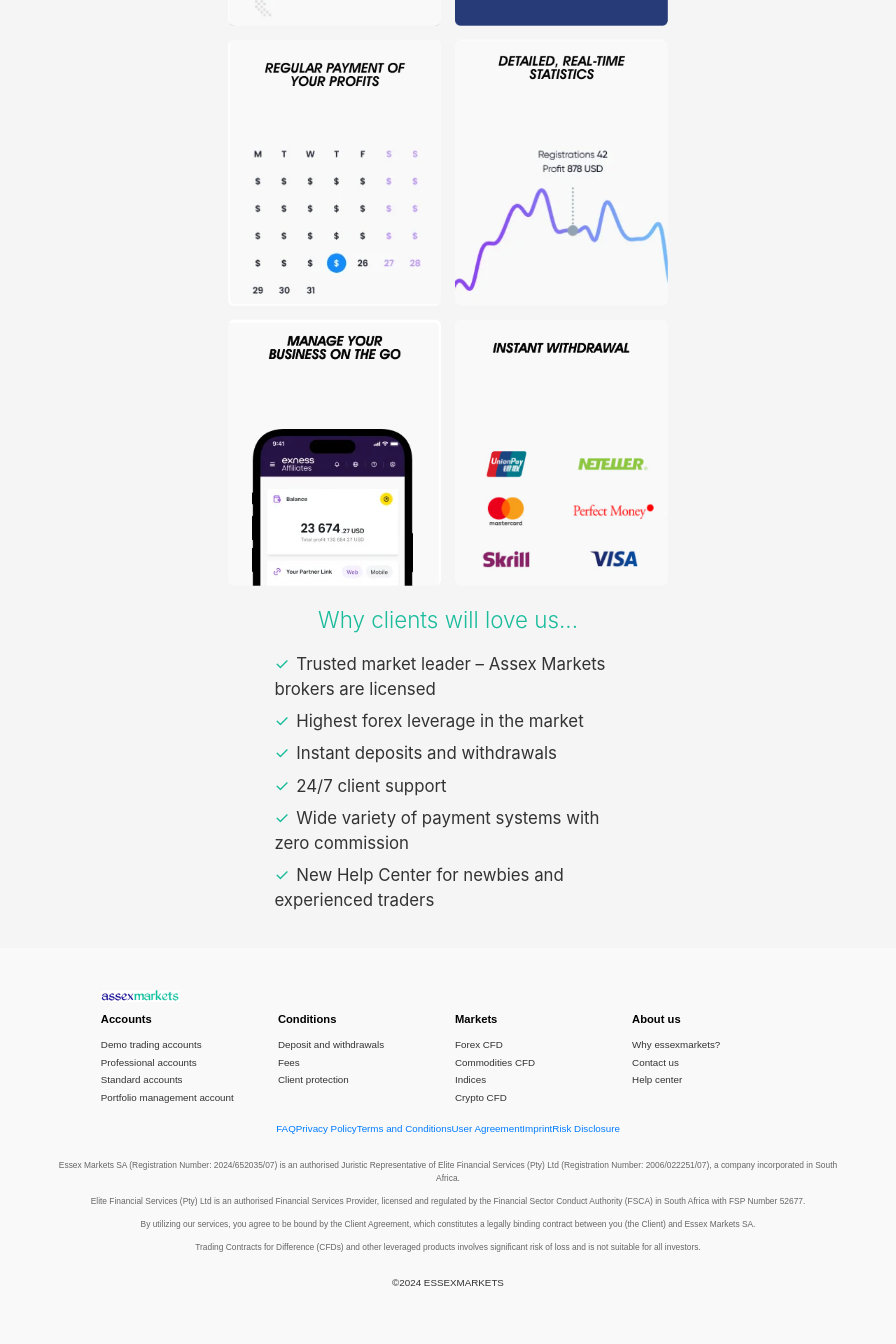
Repository: RevenewMarketing/Assex
Page: /partner
These files come from the project's save history. The page is drawn as it stood at one moment and after the next save; the edit follows.
The browser window is 1280 px wide. The pictures show the part of the page from y = 2394 to 4314 px (the page is 4314 px tall before and 4269 px after), at 70% of full size.
The project was rebuilt for these pictures with package versions that can differ from the ones it lists, and the page was loaded fresh each time. Also part of the build but not shown: vite.config.ts, src/pages/home/sections/HeroSection.module.css, src/pages/home/sections/HeroSection.tsx, src/pages/home/sections/Section2.tsx, src/pages/home/sections/Section3.tsx, src/pages/home/sections/Section4.tsx, src/pages/home/sections/Section5.tsx, src/pages/home/sections/Section6.tsx and 10 more.

Above is the page before, as saved 2024-11-28 01:10:20.

### index.html
<!doctype html>
<html lang="en">
  <head>
    <meta charset="UTF-8" />
    <link rel="icon" type="image/svg+xml" href="/vite.svg" />
    <meta name="viewport" content="width=device-width, initial-scale=1.0" />
    <title>Assex</title>
  </head>
  <body>
    <div id="root"></div>
    <script type="module" src="/src/main.tsx"></script>
  </body>
</html>

### src/index.css
:root {
  font-family: Inter, system-ui, Avenir, Helvetica, Arial, sans-serif;
  line-height: 1.5;
  font-weight: 400;
  color-scheme: light dark;
  color: rgba(255, 255, 255, 0.87);
  background-color: #ffffff;
  font-synthesis: none;
  max-width: 1920px;
  margin: auto;
  text-rendering: optimizeLegibility;
  -webkit-font-smoothing: antialiased;
  -moz-osx-font-smoothing: grayscale;
}

a {
  font-weight: 500;
  color: #646cff;
  text-decoration: inherit;
}

a:hover {
  color: #535bf2;
}

body {
  margin: 0;
  display: flex;
  place-items: center;
  min-width: 320px;
  min-height: 100vh;
  background-color: #FFF;
  /* align-content: center; */
  flex-direction: column;
  justify-content: flex-start;
}

h1 {
  font-size: 3.2em;
  line-height: 1.1;
}

button {
  border-radius: 8px;
  border: 1px solid transparent;
  padding: 0.6em 1.2em;
  font-size: 1em;
  font-weight: 500;
  font-family: inherit;
  background-color: #1a1a1a;
  cursor: pointer;
  transition: border-color 0.25s;
}

button:hover {
  border-color: #646cff;
}

button:focus,
button:focus-visible {
  outline: 4px auto -webkit-focus-ring-color;
}

@media (prefers-color-scheme: light) {
  :root {
    color: #213547;
    background-color: #ffffff;
  }

  a:hover {
    color: #747bff;
  }

  button {
    background-color: #f9f9f9;
  }
}

### src/App.tsx

import './App.css'
// import Navigation from './pages/home/Navigation'
import NavigationMenu from './components/navigation-menu/NavigationMenu'

import { BrowserRouter, Route, Routes } from 'react-router';
import Home from './pages/home/Home';
import Footer from './components/footer-section/Footer';
import About from './pages/about/About';
import Partner from './pages/partner/Partner';

function App() {

  return (
    <>
    <BrowserRouter>
    <NavigationMenu />
    <Routes>
      <Route path="/" element={<Home />} />
      <Route path="/about" element={<About />} />
      <Route path="/partner" element={<Partner />} />
      {/* Define other routes */}
    </Routes>
    <Footer />
  </BrowserRouter>


    </>
  )
}

export default App

### src/App.css
#root {
  max-width: 1920px;
  width: 100%;
  margin: 0 auto;
  padding: 0;
  text-align: center;
}

.logo {
  height: 6em;
  padding: 1.5em;
  will-change: filter;
  transition: filter 300ms;
}
.logo:hover {
  filter: drop-shadow(0 0 2em #646cffaa);
}
.logo.react:hover {
  filter: drop-shadow(0 0 2em #61dafbaa);
}

@keyframes logo-spin {
  from {
    transform: rotate(0deg);
  }
  to {
    transform: rotate(360deg);
  }
}

@media (prefers-reduced-motion: no-preference) {
  a:nth-of-type(2) .logo {
    animation: logo-spin infinite 20s linear;
  }
}

.card {
  padding: 2em;
}

.read-the-docs {
  color: #888;
}

/* Auth Buttons */
.authButtons {
  /* margin-left: auto; */
  display: flex;
  gap: 10px;
}

### src/components/footer-section/Footer.tsx

import styles from './FooterStyles.module.css';
import essexLogo from '../../assets/pages/Global/2-Footer/1AssexMarket-WordMark.png';
import { Link } from 'react-router';

const footerContent = {
  accounts: [
    'Demo trading accounts',
    'Professional accounts',
    'Standard accounts',
    'Portfolio management account',
  ],
  conditions: ['Deposit and withdrawals', 'Fees', 'Client protection'],
  markets: ['Forex CFD', 'Commodities CFD', 'Indices', 'Crypto CFD'],
  aboutUs: ['Why essexmarkets?', 'Contact us', 'Help center'],
  links: ['FAQ', 'Privacy Policy', 'Terms and Conditions', 'User Agreement', 'Imprint', 'Risk Disclosure'],
  details: [
    'Essex Markets SA (Registration Number: 2024/652035/07) is an authorised Juristic Representative of Elite Financial Services (Pty) Ltd (Registration Number: 2006/022251/07), a company incorporated in South Africa.',
    'Elite Financial Services (Pty) Ltd is an authorised Financial Services Provider, licensed and regulated by the Financial Sector Conduct Authority (FSCA) in South Africa with FSP Number 52677.',
    'By utilizing our services, you agree to be bound by the Client Agreement, which constitutes a legally binding contract between you (the Client) and Essex Markets SA.',
    'Trading Contracts for Difference (CFDs) and other leveraged products involves significant risk of loss and is not suitable for all investors.',
  ],
};

const Footer: React.FC = () => {
  return (
    <footer className={styles.footerContainer}>
      <div className={styles.logoContainer}>
        <img src={essexLogo} alt="Essex Markets Logo" />
      </div>
      <div className={styles.columnsContainer}>
        <div>
          <h4>Accounts</h4>
          <ul>
            {footerContent.accounts.map((account, index) => (
              <li key={index}>{account}</li>
            ))}
          </ul>
        </div>
        <div>
          <h4>Conditions</h4>
          <ul>
            {footerContent.conditions.map((condition, index) => (
              <li key={index}>{condition}</li>
            ))}
          </ul>
        </div>
        <div>
          <h4>Markets</h4>
          <ul>
            {footerContent.markets.map((market, index) => (
              <li key={index}>{market}</li>
            ))}
          </ul>
        </div>
        <div>
          <Link
            to="/about"

           ><h4>About us</h4></Link>
          <ul>
            {footerContent.aboutUs.map((about, index) => (
              <li key={index}>{about}</li>
            ))}
          </ul>
        </div>
      </div>
      <div className={styles.linksContainer}>
        {footerContent.links.map((link, index) => (
          <a href="#" key={index}>
            {link}
          </a>
        ))}
      </div>
      <div className={styles.details}>
        {footerContent.details.map((detail, index) => (
          <p key={index}>{detail}</p>
        ))}
      </div>
      <div className={styles.copyright}>
        <p>©2024 ESSEXMARKETS</p>
      </div>
    </footer>
  );
};

export default Footer;

### src/pages/partner/Partner.tsx
import Section1 from "./sections/Section1"
import Section2 from "./sections/Section2"
import Section3 from "./sections/Section3"


const Partner = () => {
  return (
    <div>
      <Section1 />
      <Section2 />
      <Section3 />
    </div>
  )
}

export default Partner

### src/components/navigation-menu/NavigationMenu.module.css
.navigationContainer {
  position: relative;
  font-family: Arial, sans-serif;
}

/* Navigation Bar */
.navigationBar {
  position: fixed;
  top: 0;
  left: 0;
  width: 100%;
  display: flex;
  background-color: #ffffff;
  padding: 10px 20px;
  box-sizing: border-box;
  z-index: 1001;
  justify-content: center;
}

/* Menu Item Container */
.menuItemContainer {
  margin-right: 20px;
}

/* Menu Items */
.menuItem {
  background: none;
  border: none;
  color: rgb(34, 34, 34);
  font-size: 16px;
  cursor: pointer;
  transition: opacity 0.3s;
}

.menuItem:hover {
  opacity: 0.7;
}

.active {
  opacity: 0.5;
}



.languageSelector {
  margin-left: 20px;
  display: flex;
  align-items: center;
  font-size: 14px;
  color: #000000d8;
  cursor: pointer;
}

.globeIcon {
  margin-right: 5px;

}

/* Submenu */
.submenu {
  position: fixed;
  top: 50px;
  left: 0;
  width: 100%;
  height: 300px;
  background-color: #ffffff;
  box-shadow: 0 4px 8px rgba(0, 0, 0, 0.2);
  padding: 20px;
  box-sizing: border-box;
  z-index: 1000;
  opacity: 0;
  transform: translateY(-100%);
}

.submenuContent {
  display: flex
  ;
      justify-content: flex-start;
      gap: 10dvw;
      padding: 0 5dvw;
}

.submenuSection h4 {
  color: #0000003d;
}

.submenuSection {
  text-align: left;
}

.submenuSection a {
  color: #000000;
  text-decoration: none;
  cursor: pointer;
  transition: color 0.3s;
}

.submenuSection a:hover {
  color: #00b074;
  transition: color 0.3s;
}

/* Fade In Animation */
.fadeIn {
  animation: slide-in-top 0.3s cubic-bezier(0.25, 0.46, 0.45, 0.94) forwards;
}

@keyframes slide-in-top {
  0% {
    transform: translateY(-100%);
    opacity: 0;
  }
  100% {
    transform: translateY(0);
    opacity: 1;
  }
}

/* Fade Out Animation */
.fadeOut {
  animation: slide-out-top 0.3s cubic-bezier(0.25, 0.46, 0.45, 0.94) forwards;
}

@keyframes slide-out-top {
  0% {
    transform: translateY(0);
    opacity: 1;
  }
  100% {
    transform: translateY(-100%);
    opacity: 0;
  }
}

/* Overlay */
.overlay {
  position: fixed;
  top: 50px;
  left: 0;
  width: 100%;
  height: calc(100% - 50px);
  background: rgba(0, 0, 0, 0.5);
  z-index: 999;
  opacity: 0;
  visibility: hidden;
  transition: opacity 0.3s ease, visibility 0.3s ease;
}

.fadeInOverlay {
  opacity: 1;
  visibility: visible;
  backdrop-filter: blur(5px);
}

.fadeOutOverlay {
  opacity: 0;
  visibility: hidden;
}

/* Page Content */
.pageContent {
  /* padding: 80px 20px 20px 20px; */
  transition: opacity 0.3s;
}

.dimmed {
  opacity: 0.3;
}

### src/components/ReusableButton.tsx

import styles from './GlobalComponentStyles.module.css';

type Props = {
  link?: string;
  text: string;
  type: 'register' | 'sign-in' | 'logout' | 'profile' | 'settings' | 'help' | 'free-trial' | 'learn-more' | 'dark' | 'light';
};

export default function ReusableButton({ link, text, type }: Props) {
  return (
      <button
      style={{
        backgroundColor: type === 'register' ? '#19BC9C' :
        type === 'sign-in' ? '#F4F6F7' :
        type === 'logout' ? '#FF6347' :
        type === 'profile' ? '#FFA07A' :
        type === 'settings' ? '#FF7F50' :
        type === 'help' ? '#FFA500' :
        type === 'free-trial' ? '#FFD700' :
        type === 'learn-more' ? '#FF4500' :
        type === 'dark' ? '#4C4B4D' :
        type === 'light' ? '#fff' : '#000',
        color: type === 'dark' ? '#fff' : '#000'
      }}
        className={styles.registerButton}
        onClick={() => window.open(link, '_blank')}
      >{text}
      </button>

  );
}

### src/components/footer-section/FooterStyles.module.css
.footerContainer {
  background-color: #f9f9f9;
  color: #333;
  padding: 60px 20px;
  font-family: Arial, sans-serif;
  font-size: 14px;
  line-height: 1.8;
}

.footerContainer h4 {
  font-size: 16px;
  font-weight: bold;
  margin-bottom: 10px;
  color: #000;
  text-align: left;
  margin-top: 0;
}

.footerContainer ul {
  list-style-type: none;
  padding: 0;
  margin: 0;
  text-align: left;
}

.footerContainer ul li {
  margin-bottom: 0px;
  cursor: pointer;
}

.footerContainer ul li:hover {
  color: #00b894;
}

.footerContainer .columnsContainer {
  display: flex;
  justify-content: space-between;
  gap: 20px;
  flex-wrap: wrap;
  margin-bottom: 40px;
  width: 80%;
  margin: auto;
}

.footerContainer .columnsContainer>div {
  flex: 1;
  min-width: 180px;
  /* Ensures alignment and proper spacing */
}



.footerContainer .linksContainer {
  text-align: center;
  margin: 20px 0 30px;
}

.footerContainer .linksContainer a {
  color: #007bff;
  text-decoration: none;
  margin: 0px;
  font-size: 14px;
}

.footerContainer .linksContainer a:hover {
  text-decoration: underline;
}

.footerContainer .details {
  font-size: 12px;
  color: #666;
  line-height: 1.5;
  margin: 20px auto;
  text-align: center;
  width: 90%;
}

.footerContainer .details p {
  margin-bottom: 15px;
}

.footerContainer .logoContainer {
  text-align: left;
  margin: auto;
  width: 80%;
}

.footerContainer .logoContainer img {
  max-width: 150px;
}

.footerContainer .copyright {
  text-align: center;
  font-size: 14px;
  margin-top: 30px;
}

.details p {
  margin: 0;
}

### src/pages/partner/sections/Section1.tsx
import styles from './Section1.module.css';
import backgroundImage from '../../../assets/pages/Partner/1-hero-banner-partner.jpg';

const section1Content = {
  title: "ASSEX MARKETS PARTNERSHIP PROGRAMS",
  description: "Earn a stable income by introducing clients to a global market leader",
  backgroundImage: backgroundImage, // Replace with your background image path
  buttonLink: "https://my.assexmarkets.com/auth/register",
};

const Section1: React.FC = () => {
  return (
    <section
      style={{
        backgroundImage: `url(${section1Content.backgroundImage})`,
      }}
      className={styles.section1}
    >
      <div className={styles.overlay}></div>
      <div className={styles.content}>
        <h1 className={styles.title}>{section1Content.title}</h1>
        <p className={styles.description}>{section1Content.description}</p>
        <button onClick={
          () => {
            window.open(section1Content.buttonLink, "_blank");
        }} className={styles.startButton}>Start now</button>
      </div>
      <div className={styles.details}>
        <p>2000 Partners</p>
        <p>$12 Million Paid to the partners</p>
        <p>$110K Top partner payout per month</p>
      </div>
    </section>
  );
};

export default Section1;

### src/pages/partner/sections/Section2.tsx

import styles from './Section2.module.css';
import box1 from '../../../assets/pages/Partner/2-section1-icon1.png';
import box2 from '../../../assets/pages/Partner/2-section1-icon2.png';

const section2Content = {
  title: "What we offer",
  cards: [
    {
      icon: box1,
      title: "Introducing Broker Program",
      description: "You get up to 40% of our revenue Earn up to 40% of our revenue from every active trader you refer to us. If they’re trading, you’re earning.",
      buttonText: "Learn more"
    },
    {
      icon: box2,
      title: "Affiliate Program",
      description: "You get up to $1850 of our revenue We are leading the industry with scheduled and attractive payouts. We offer a range of commission plans, so you can choose the best fit for you.",
      buttonText: "Learn more"
    }
  ]
};

const Section2: React.FC = () => {
  return (
    <section className={styles.section2}>

      <h2 className={styles.title}>{section2Content.title}</h2>
      <div className={styles.cardsContainer}>
        {section2Content.cards.map((card, index) => (

          <div key={index} className={styles.card}>
            <img src={card.icon} alt="icon" className={styles.cardIcon} />
            <h3 className={styles.cardTitle}>{card.title}</h3>
            <p className={styles.cardDescription}>{card.description}</p>
            <button className={styles.learnMoreButton}>{card.buttonText}</button>
          </div>
        ))}
      </div>
    </section>
  );
};

export default Section2;

### src/pages/partner/sections/Section3.tsx

import styles from './Section3.module.css';
import globeImage from '../../../assets/pages/Partner/3-section2-card1.png';
import cardsImage1 from '../../../assets/pages/Partner/3-section2-card2.png';
import statsImage from '../../../assets/pages/Partner/3-section2-card3.png';
import phoneImage from '../../../assets/pages/Partner/3-section2-card4.png';
import cardsImage2 from '../../../assets/pages/Partner/3-section2-card5.png';
import cardImage3 from '../../../assets/pages/Partner/3-section2-card6.png';


const section3Content = {
  title: "Why become an Assex Markets partner?",
  images: [
    globeImage,
    cardsImage1,
    statsImage,
    phoneImage,
    cardsImage2,
    cardImage3
  ],
  reasons: [
    "Trusted market leader – Assex Markets brokers are licensed",
    "Highest forex leverage in the market",
    "Instant deposits and withdrawals",
    "24/7 client support",
    "Wide variety of payment systems with zero commission",
    "New Help Center for newbies and experienced traders"
  ]
};

const Section3: React.FC = () => {
  return (
    <section className={styles.section3}>
      <h2 className={styles.title}>{section3Content.title}</h2>
      <div className={styles.featuresContainer}>
        {section3Content.images.map((image, index) => (
          <img key={index} src={image} alt="featured Images"/>
        ))}
      </div>
      <h2 className={styles.reasonsTitle}>Why clients will love us...</h2>
      <ul className={styles.reasonsList}>
        {section3Content.reasons.map((reason, index) => (
          <li key={index} className={styles.reason}>{reason}</li>
        ))}
      </ul>
    </section>
  );
};

export default Section3;

### src/components/GlobalComponentStyles.module.css


.registerButton {
  background-color: #00b074;
  color: white;
  border: none;
  padding: 8px 16px;
  font-size: 14px;
  border-radius: 4px;
  cursor: pointer;
}

.signInButton {
  background-color: #f4f4f4;
  color: #333;
  border: 1px solid #ccc;
  padding: 8px 16px;
  font-size: 14px;
  border-radius: 4px;
  cursor: pointer;
}

### src/pages/partner/sections/Section1.module.css
.section1 {
  position: relative;
  background-size: cover;
  background-position: center;
  height: 760px;
  display: flex;
  align-items: center;
  justify-content: space-between;
  color: white;
  padding: 0 40px;
}

.overlay {
  position: absolute;
  top: 0;
  right: 0;
  width: 100%; /* Adjusts the gradient coverage */
  height: 100%;

  z-index: 1;
}

.content {
  position: relative;
  z-index: 2;
  max-width: 50%;
  text-align: left;
}

.content p {
  font-size: 1rem;
  line-height: 1.5;
}

.title {
  font-size: 4.5rem;
  font-weight: bold;
  margin-bottom: 20px;
  text-transform: uppercase;
}

.description {
  font-size: 2rem;
  line-height: 1.2;
  margin-bottom: 20px;
}

.startButton {
  padding: 10px 20px;
  background-color: #1ABC9C;
  color: white;
  border: none;
  border-radius: 5px;
  cursor: pointer;
  font-size: 1rem;
}

.details {
  position: relative;
  z-index: 2;
  max-width: 50%;
  text-align: left;
  margin-left: auto;
  width: 375px;
}

.details p {
  font-size: 2rem;
  line-height: 1.5;
}

### src/pages/partner/sections/Section2.module.css
.section2 {
  background-image: url("../../../assets/pages/Homepage/3-Section-3-BG.png");
  background-size: cover;
  background-position: center;
  color: white;
  padding: 40px 20px;
  text-align: center;
  min-height: 50dvh;
}

.title {
  font-size: 5rem;
  margin-bottom: 40px;
}

.cardsContainer {
  display: flex;
  justify-content: space-evenly;

}

.card {
  background-color: white;
  color: #000000;
  border-radius: 10px;
  padding: 3rem;
  flex: 1;
  max-width: 25%;
  text-align: left;
  display: flex;
  flex-direction: column;
  align-items: center;
  justify-content: space-between;
}

.cardIcon {
  width: 40px;
  margin: 0px;
  color: #1ABC9C;
  /* Blue color for the icon */
}

.cardTitle {
  font-size: 2rem;
  margin-bottom: 10px;
  color: #1ABC9C;
  font-weight: 400;
}

.cardDescription {
  font-size: 1.5rem;
  font-weight: 300;
  margin-bottom: 20px;
}

.learnMoreButton {
  padding: 10px 20px;
  background-color: #1ABC9C;
  /* Blue background for the button */
  color: white;
  border: none;
  border-radius: 5px;
  cursor: pointer;
  font-size: 1rem;
}

.learnMoreButton:hover {
  background-color: #1ABC9C;
  /* Darker blue on hover */
}

### src/pages/partner/sections/Section3.module.css
.section3 {
  background-color: #f5f5f5;
  /* Light background */
  color: #333;
  padding: 40px 20px;
  text-align: center;
}

.title {
  font-size: 5rem;
  margin-bottom: 40px;
  color: #1ABC9C;
  /* Blue color for the title */
}

.featuresContainer {
  display: flex;
  justify-content: center;
  gap: 20px;
  flex-wrap: wrap;
  margin-bottom: 40px;
  flex-direction: row;
  max-width: 65%;
  margin: auto;
  position: relative;
}

.featuresContainer img {
  transition: transform 0.3s ease;
}

.featuresContainer img:hover {
  transform: scale(1.05);
  transition: transform 0.3s ease;
  border: 1px solid #1ABC9C;
  border-radius: 10px;
}

.feature {
  background-color: white;
  border-radius: 10px;
  padding: 20px;
  flex: 1;
  max-width: 300px;
  text-align: center;
  box-shadow: 0 4px 8px rgba(0, 0, 0, 0.1);
}

.featureImage {
  max-width: 100%;
  height: auto;
  margin-bottom: 10px;
}

.featureTitle {
  font-size: 1.5rem;
  margin-bottom: 10px;
  color: #1ABC9C;
  /* Blue color for the title */
}

.featureDescription {
  list-style-type: none;
  padding: 0;
}

.featureDescription li {
  font-size: 1rem;
  margin-bottom: 5px;
}

.reasonsTitle {
  font-size: 2rem;
  margin-bottom: 20px;
  color: #1ABC9C;
  font-weight: 300;
}

.reasonsList {
  list-style-type: none;
  padding: 0;
  text-align: left;
  margin: auto;
  max-width: 40%;
}

.reason {
  font-size: 1.5rem;
  margin-bottom: 10px;
}

.reason::before {
  content: "✓";
  color: #1ABC9C;
  /* Blue color for the checkmark */
  margin-right: 10px;
}

Loaded but not shown: src/main.tsx (common file); src/components/navigation-menu/NavigationMenu.tsx (254 lines, source omitted)

After the next save:
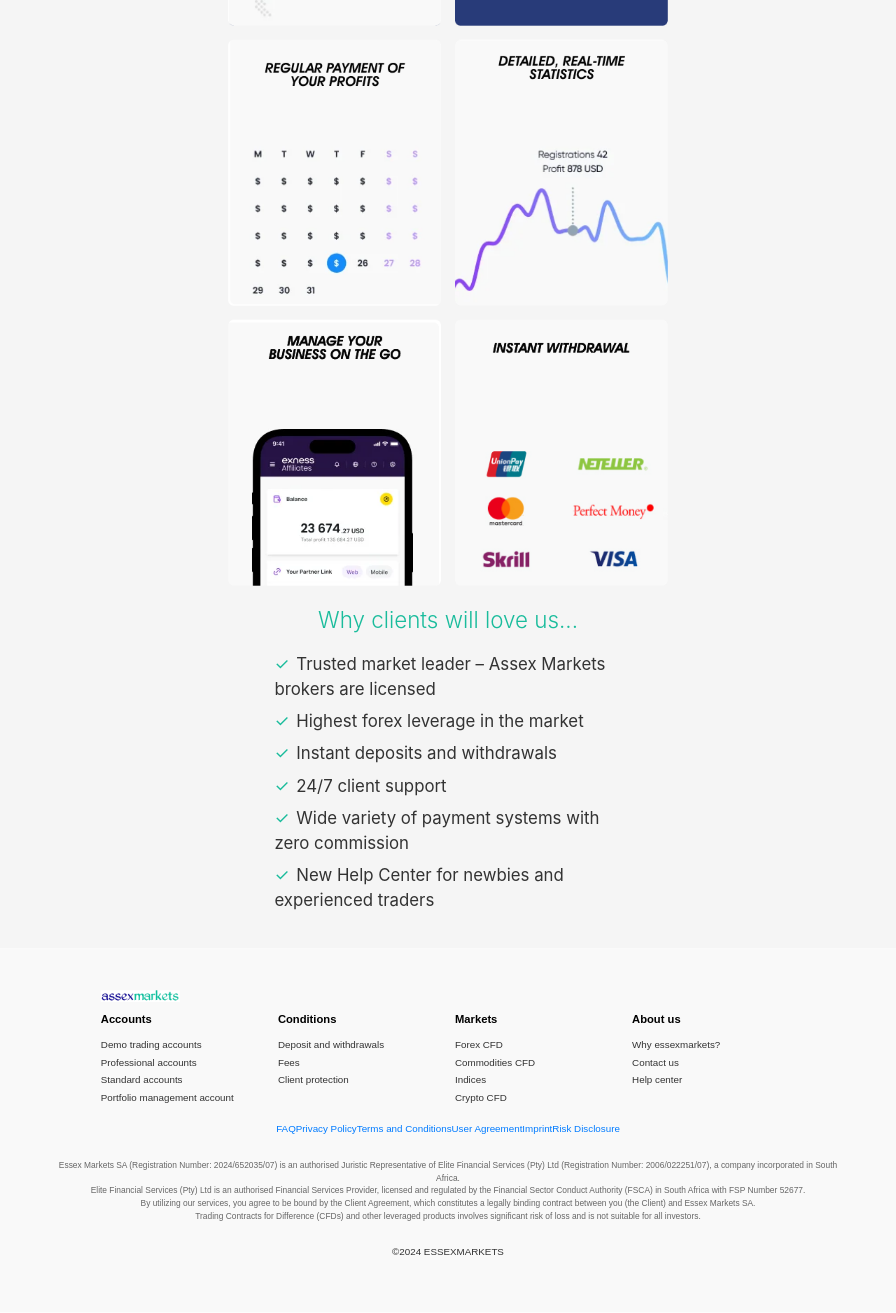
Saved 9 s later.
--- a/src/components/footer-section/FooterStyles.module.css
+++ b/src/components/footer-section/FooterStyles.module.css
@@ -96,5 +96,5 @@
 }
 
 .details p {
-  margin: 0;
+  margin: 0 !important;
 }
